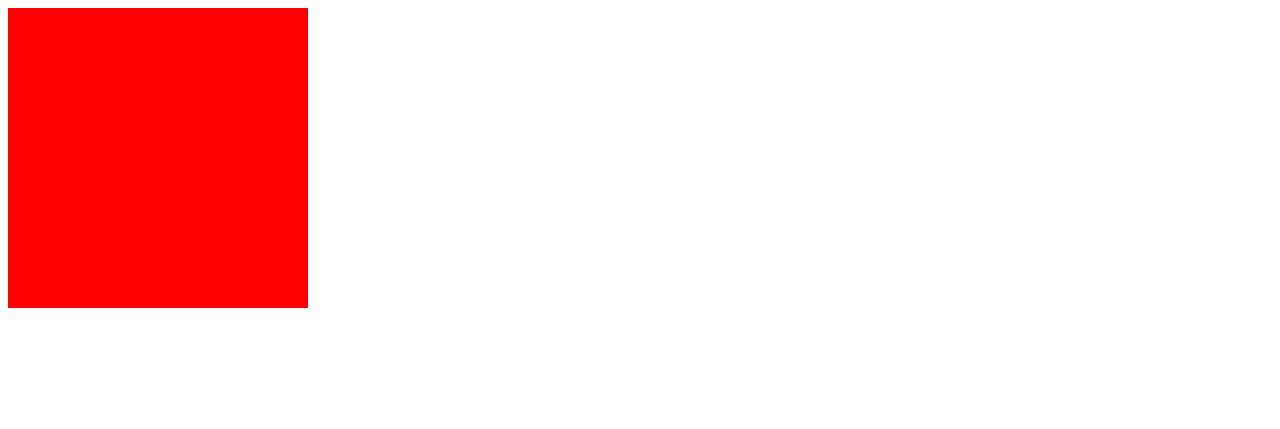
Repository: kawashimq/git-practice
Page: box/box.html
The author's editor kept a record of every edit. The page is drawn from the files as they stood at one moment, then again after the next edit.
The browser window is 1280 px wide. The pictures show the whole page.

Above is the page before.

### box/box.html
<!DOCTYPE html>
<html lang="ja">
  <head>
    <meta charset="UTF-8" />
    <!-- CSSファイルの読み込み -->
    <link rel="stylesheet" href="box.css" />
    <title>BOX</title>
  </head>

  <body>

    <div class="box1"></div>
  </body>
</html>

### box/box.css
.box1 {
  width: 300px;
  height: 300px;
  background-color: red;
}

.box2 {
 width: 100px;
 height: 100px;
 background-color: blue;
 border: 5px solid yellow;
}

After the next edit:
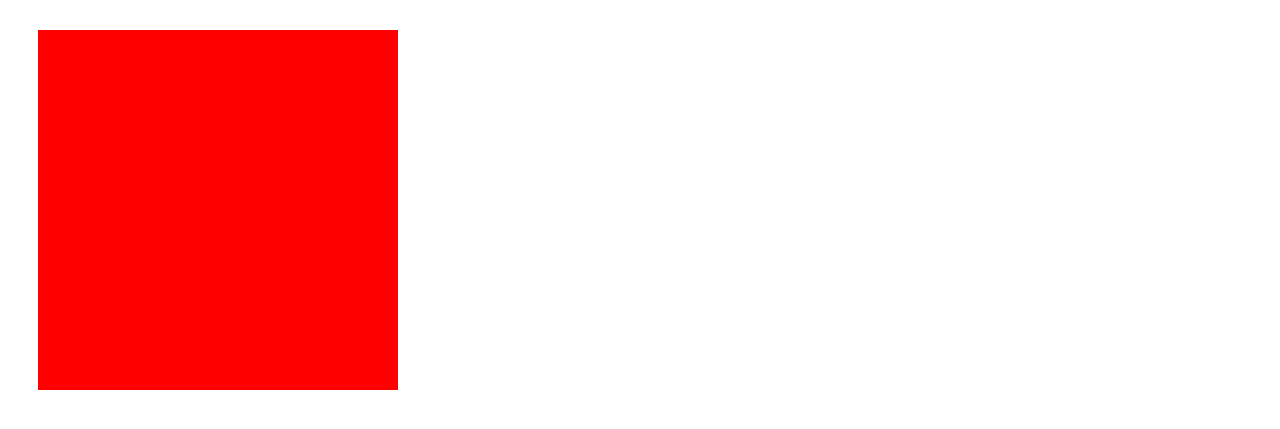
The edit:
--- a/box/box.css
+++ b/box/box.css
@@ -2,6 +2,9 @@
   width: 300px;
   height: 300px;
   background-color: red;
+  margin: 30px;
+  padding: 30px;
+
 }
 
 .box2 {
